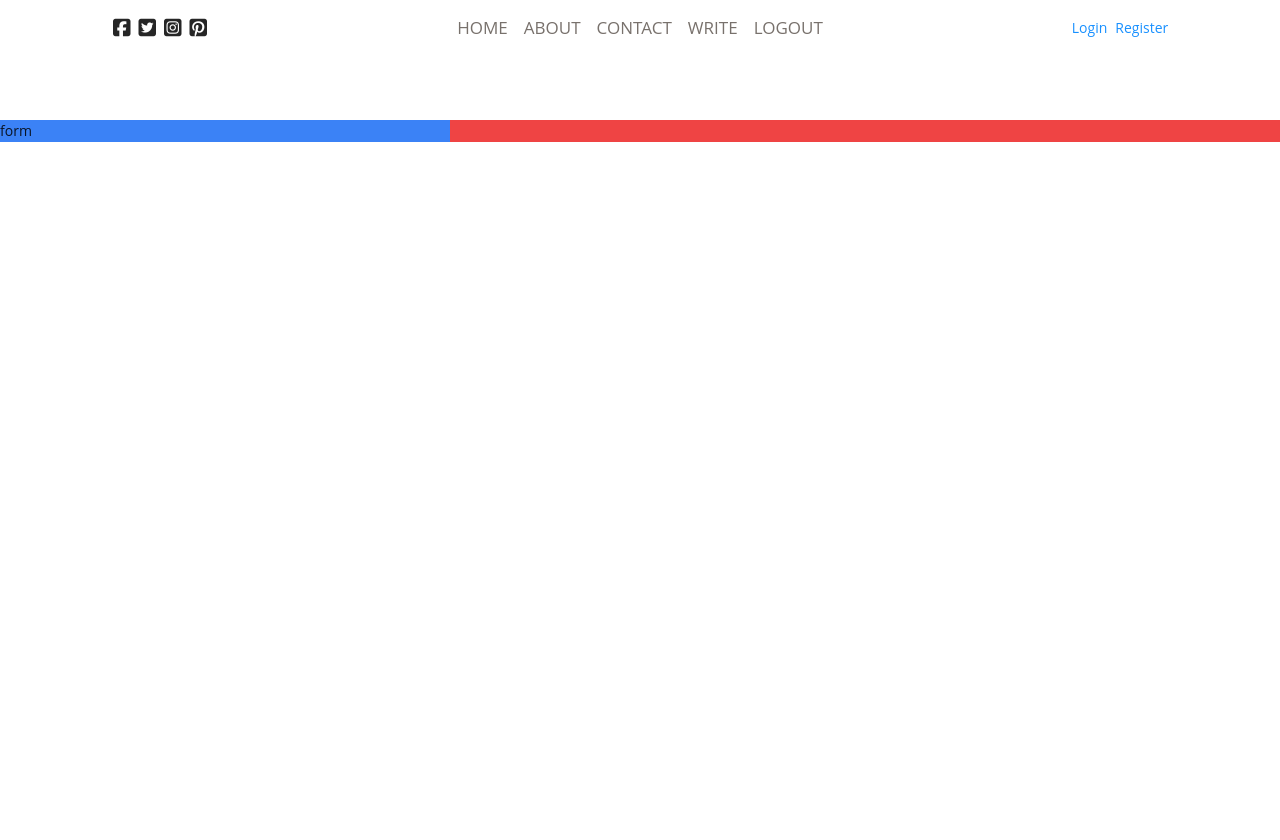
Repository: truongnguyenuit/Blog_App_ver2
Page: /login (app in client/)
These files come from the project's save history. The page is drawn as it stood at one moment and after the next save; the edit follows.
The browser window is 1280 px wide. The pictures show the whole page.
Some web libraries are served in a nearby version. The project was rebuilt for these pictures with package versions that can differ from the ones it lists, and the page was loaded fresh each time. Also part of the build but not shown: client/src/components/AboutComponent.js, client/src/pages/HomePage.js, client/src/pages/RegisterPage.js.

Above is the page before, as saved 2022-07-18 11:15:16.

After the next save:
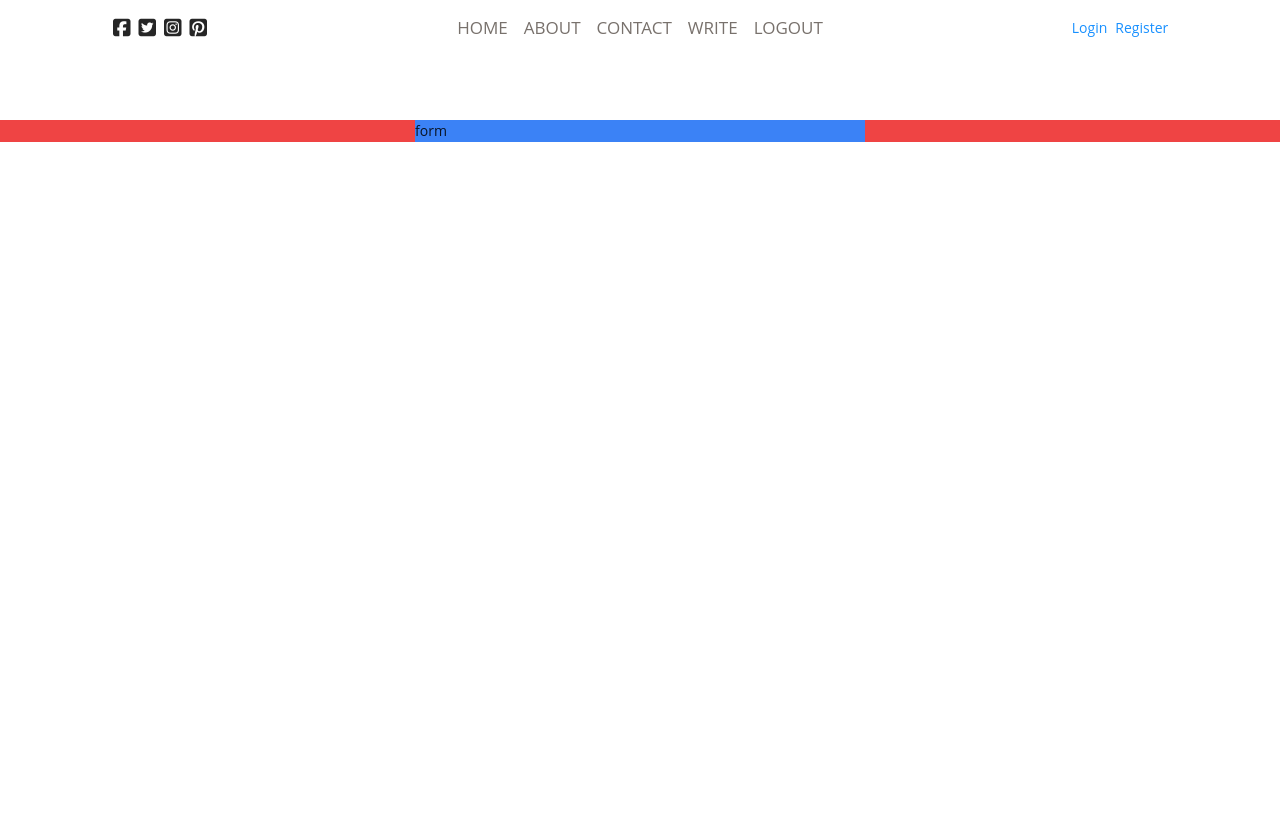
Saved 4 s later.
--- a/client/src/pages/LoginPage.js
+++ b/client/src/pages/LoginPage.js
@@ -2,7 +2,7 @@ import React from 'react'
 
 const LoginPage = () => {
   return (
-    <div className='bg-red-500  mt-[120px] flex justi'>
+    <div className='bg-red-500  mt-[120px] flex justify-center'>
       <div className="bg-blue-500 w-[450px]">
         form
       </div>
